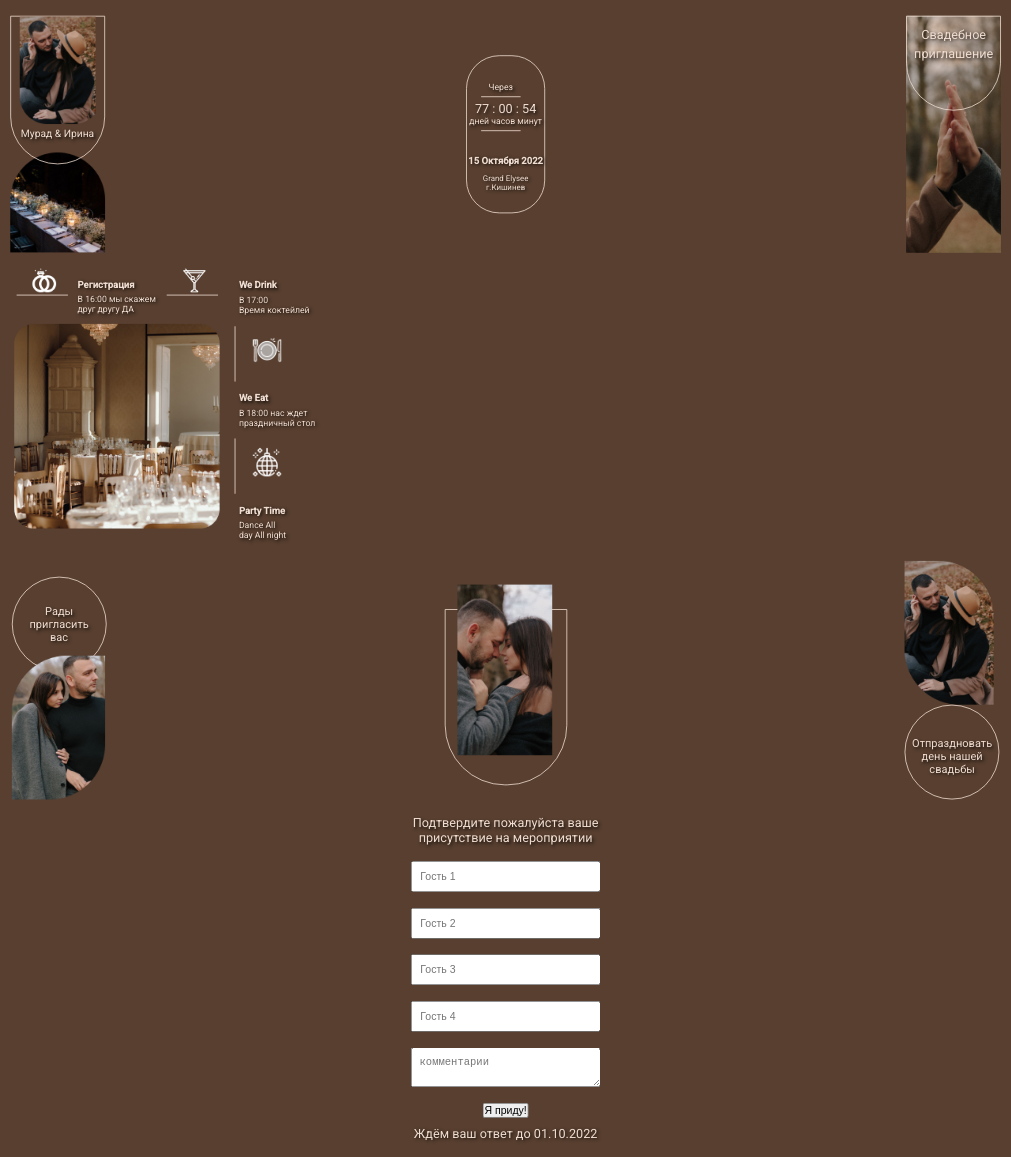
Repository: Anthony8845/wedding_invitation
Page: index.html
These files come from the project's save history. The page is drawn as it stood at one moment and after the next save; the edit follows.
The browser window is 1280 px wide. The pictures show the whole page, at 79% of full size.
Some web fonts or font styles are not loaded; a fallback is used.

Above is the page before, as saved 2022-07-30 12:46:39.

### index.html
<!DOCTYPE html>
<html lang="en">
<head>
    <meta charset="UTF-8">
    <meta http-equiv="X-UA-Compatible" content="IE=edge">
    <meta name="viewport" content="width=device-width, user-scalable=yes">
    <link rel="stylesheet" href="./style.css">
    <script defer src="./script.js"></script>
    <title>Приглашение на свадьбу</title>
</head>
<body>

    <div class="invitation">
        <div class="info">
            <div class="info_block">
                <div class="info_border">
                    <div class="info_img-u"></div>
                    <div class="info_name">Мурад & Ирина</div>
                </div>
                <div class="info_img-d"></div>
            </div>
            <div class="info_block">
                <div class="block__data">
                    <div class="container">
                        <span class="bord">Через</span>
                        <p id="timer">
                            <span id="timer-days"></span>
                            <span id="timer-hours"></span>
                            <span id="timer-mins"></span>
                            <br>
                        </p>
                        <div >
                            <span>дней</span>
                            <span>часов</span>
                            <span>минут</span>
                        </div>
                       <div class="date_border"></div>
                    </div>
                    <div class="info_date">
                        <h4>15 Октября 2022</h4>
                        <p>Grand Elysee <br>
                            г.Кишинев</p>
                    </div>
                </div>
            </div>
            <div class="info_block">
                <div class="info_invitation">Свадебное<br>приглашение</div>
                <div class="info_img-r"></div>
            </div>

        </div>
        <div class="timetable">
            <div class="timetable_block">
                <div class="block_icon">
                    <div class="icon_reg icon"></div>
                    <div class="line_icon-d"></div>
                </div>
                <div class="block_reg">
                    <h4>Регистрация</h4>
                    <p>В 16:00 мы скажем <br> друг другу ДА</p>
                </div>
                <div class="block_icon">
                    <div class="icon_drink icon"></div>
                    <div class="line_icon-d"></div>
                </div>

            </div>
            <div class="timetable_block">
                <div class="img_table"></div>
            </div>
            <div class="timetable_block">
                <div class="block_drink">
                    <h4>We Drink</h4>
                    <p>В 17:00<br> Время коктейлей</p>
                </div>
                <div class="block_icon">
                    <div class="icon_eat icon"></div>
                    <div class="line_icon-l"></div>
                </div>

                <div class="block_eat">
                    <h4>We Eat</h4>
                    <p>В 18:00 нас ждет <br> праздничный стол</p>
                </div>

                <div class="block_icon">
                    <div class="icon_party icon"></div>
                    <div class="line_icon-l"></div>
                </div>

                <div class="block_party">
                    <h4>Party Time</h4>
                    <p>Dance All<br> day All night</p>
                </div>
            </div>
        </div>
        <div class="thanks">
            <div class="thanks_one">
                <div class="one_border">Рады <br> пригласить <br> вас</div>
                <div class="one_img"></div>
            </div>
            <div class="thanks_two">
                <div class="two_img"></div>
                <div class="two_border"></div>
            </div>
            <div class="thanks_three">
                <div class="three_img"></div>
                <div class="three_border">Отпраздновать <br> день нашей <br> свадьбы</div>
            </div>
        </div>
        <div class="contain">
            <form class="form"  action="mail.php"  method="POST" >
                <h4 class="form__header">Подтвердите пожалуйста ваше присутствие на мероприятии</h4>
                <input class="form__input_item" type="text" name="Guest1" placeholder="Гость 1">
                <input class="form__input_item" type="text" name="Guest2" placeholder="Гость 2">
                <input class="form__input_item" type="text" name="Guest3" placeholder="Гость 3">
                <input class="form__input_item" type="text" name="Guest4" placeholder="Гость 4">
                <textarea class="form__comment" name="Comment" placeholder="комментарии"></textarea>
                <button class="form__btn">Я приду!</button>
            </form>
        </div>

        <div class="footer">Ждём ваш ответ до 01.10.2022</div>
    </div>
</body>
</html>

### style.css

@import url('https://fonts.googleapis.com/css2?family=Exo+2:wght@100&family=Roboto:wght@400;500&display=swap');

* {
    box-sizing: border-box;
    margin: 0;
    padding: 0;
}

body{
    color: rgb(240, 221, 209);
    font-family: 'Roboto', 'sans-serif';
    padding: 20px 0;
    background-color: rgb(88, 63, 48);
    text-shadow: 2px 2px 4px rgb(26, 19, 14)
}



.invitation {
    display: flex;
    flex-direction: column;
    margin: 0 1% 0 1%;
}
.info {
    text-align: center;
    margin-bottom: 20px;
    display: flex;
    justify-content: space-between;
    color: rgb(240, 221, 209);
    ;
}
.info_block .block__data{
    display: flex;
    justify-content: center;
    align-items: center;
   margin-top: 50px;
}
.info_border {
    width: 120px;
    position: absolute;
    border: 1px solid rgb(240, 221, 209);
    padding-bottom: 30px;
    border-radius: 0 0 60px 60px;

}
.info_img-u {
    width: 120px;
    height: 136px;
    background: url(./img/IMG_2.png) no-repeat;
    margin-left: auto;
    margin-right: auto;
    width: 6em;
    margin-bottom: 5px;


}
.info_name {
    font-size: 13px;
}
.info_img-d {
    margin-top: 173px;
    width: 120px;
    height: 127px;
    background: url(./img/Image.png) no-repeat;
}

.info_img-r {
    width: 120px;
    height: 300px;
    background: url(./img/IMG_104-300.png) no-repeat;
    background-size: cover;
}


.block__data {
    font-size: 11px;
    display: flex;
    flex-direction: column;
    /* vertical-align: middle; */
    width: 100px;
    height: 200px;
    border: 1px solid rgb(240, 221, 209);
    border-radius: 42px;
}
.container{
    font-size: 11px;
}

.container #timer{
    font-size: 16px;
    /* display: flex;
    flex-direction: row; */
}

.info_timer {

}
#timer {
    padding: 5px 0 0 0;
}

.bord {
    display: block;
    width: 50px;
    padding: 5px 0;
    margin-left: 15px;
    border-bottom: 1px solid rgb(240, 221, 209);
}

.date_border {
    width: 50px;
    margin-left: 15px;
    padding: 0 0 5px 0;
    border-bottom: 1px solid rgb(240, 221, 209);
}

.info_date {
    margin-top: 30px;
    font-size: 10px;
}
.info_date h4 {
    font-size: 12px;
    padding-bottom: 10px;
}

.info_invitation{
    width: 120px;
    height: 120px;
    position: absolute;
    border: 1px solid rgb(240, 221, 209);
    border-radius: 0 0 60px 60px;
    padding-top: 10px;
    line-height: 25px;
}

.icon {
    width: 30px;
    height: 30px;
}

.block_icon{
    padding: 0 0 0 23px;
    width: 70px;
    height: 70px;
}

.line_icon-d{
    width: 65px;
    position: relative;
    right: 20px;
    padding-top: 3px;
    border-bottom: 1px solid rgb(240, 221, 209);
}
.line_icon-l{

}

.timetable {
    margin-left: 5px;
    font-size: 11px;
    color: rgb(240, 221, 209);
    max-width: 390px;
    height: 350px;
    display: flex;
    flex-direction: column;
    flex-wrap: wrap;

}
.timetable_block {
    /* text-align: center; */
    max-width: 260px;
    display: flex;
    justify-content: space-between;
}



.timetable_block:last-child {
    margin-top: 14px;
    margin-left: 1em;
    height: 330px;
    display: flex;
    flex-direction: column;
    /* justify-content: space-between; */
}

.timetable_block:last-child .block_icon{
    border-left: 1px solid rgb(240, 221, 209);
    padding: 12px 2px 0 22px;
    /* height: 30px; */
}

.timetable_block:last-child .icon {
    width: 36px;
    height: 36px;
}

.timetable_block h4 {
    font-size: 12px;
    padding-bottom: 5px;
}

.icon_reg {

    background: url(./img/wedding-rings.png) no-repeat ;
    background-size: contain;
}
.block_reg {
   padding-top: 5%;
}
.icon_drink {

    background: url(./img/martini.png) no-repeat;
    background-size: contain;
}
.img_table {
    width: 260px;
    height: 259px;
    background: url(./img/interior.png);
}
.block_drink {
    padding-left: 5px;
}
.icon_eat {
    background: url(./img/dish.png) no-repeat;
    background-size: contain;
}
.block_eat {
    padding-left: 5px;
}
.icon_party {
    background: url(./img/mirror-ball.png);
    background-size: contain;
}
.block_party {
    padding-left: 5px;
}
.thanks{
    font-size: 14px;
    margin: 20px 2px;
    color: rgb(240, 221, 209);
    display: flex;
    flex-direction: row;
    justify-content: space-between;
}
.thanks_one {
    width: 120px;
    height: 300px;
}
.one_border {
    position: relative;
    top: 20px;
    display: flex;
    justify-content: center;
    align-items: center;
    text-align: center;
    width: 120px;
    height: 120px;

    border: 1px solid rgb(240, 221, 209);
    border-radius: 50%;
    z-index: 0;
}
.one_img {
    position: relative;
    width: 118px;
    height: 182px;
    background: url(./img/IMG1.png);
    z-index: 1;
}
.thanks_two {
    position: relative;
}
.two_border {
    position: absolute;
    left: -17px;
    bottom: 18px;
    width: 155px;
    height: 223px;
    z-index: 0;
    border: 1px solid rgb(240, 221, 209);
    border-radius: 0 0 76px 76px;
}
.two_img {
    position: relative;
    left: -1px;
    top: 30px;
    width: 120px;
    height: 216px;
    background: url(./img/IMG2.png) no-repeat;
    background-size: cover;
    z-index: 1;
}
.thanks_three {
    position: relative;
}
.three_border {
    display: flex;
    padding-top: 10px;
    justify-content: center;
    align-items: center;
    text-align: center;
    width: 120px;
    height: 120px;
    border: 1px solid rgb(240, 221, 209);
    border-radius: 50%;
}
.three_img {
    width: 113px;
    height: 182px;
    background: url(./img/IMG3.png);
}

.contain{
    display: flex;
    justify-content: center;

}

.form {
    color: rgb(240, 221, 209);
    text-align: center;
    display: flex;
    flex-direction: column;
    justify-content: center;
    width: 250px;

}

.form h4 {
    font-size: 16px;
    font-weight: normal;
    margin-bottom: 10px;
}

.form::after {
    content: '';
    position: absolute;
    top: 0;
    left: 0;
    width: 100%;
    height: 100%;
    background: #767676 url(./img/heart.gif) center /50px no-repeat;
    opacity: 0;
    visibility: hidden;
}

.form._sending::after {
    opacity: 0.8;
    visibility: visible;
}


.form__header {
    font-size: 18px;
}

.form__input_item {
    margin: 10px 5px;
    padding: 10px 10px;

}

.form__comment {
    padding: 10px 10px;
    margin: 10px 5px;
    resize: vertical;
    height: 50px;
}

.form__btn {
    margin: 0 auto;
    margin-top: 10px;
    max-width: 70px;
}

.footer {
    margin-top: 10px;
    text-align: center;
}

### script.js
var endDate = new Date("Oct 15, 2022 12:00:00").getTime();
var timer = setInterval(function() {
    let now = new Date().getTime();
    let t = endDate - now;

    if (t >= 0) {

        let days = Math.floor(t / (1000 * 60 * 60 * 24));
        let hours = Math.floor((t % (1000 * 60 * 60 * 24)) / (1000 * 60 * 60));
        let mins = Math.floor((t % (1000 * 60 * 60)) / (1000 * 60));


        document.getElementById("timer-days").innerHTML = days +
        "<span class='label'> :</span>";

        document.getElementById("timer-hours").innerHTML = ("0"+hours).slice(-2) +
        "<span class='label'> :</span>";

        document.getElementById("timer-mins").innerHTML = ("0"+mins).slice(-2) +
        "<span class='label'></span>";


    } else {
        document.getElementById("timer").innerHTML = "The countdown is over!";

    }

}, 1000);


// 'use strict'

// document.addEventListener('DOMContentLoaded', function () {
//     const form = document.querySelector('.form');

//     form.addEventListener('submit', formSend);

//     async function formSend(e) {
//         e.preventDefault();

//         let formData = new FormData(form)


//         form.classList.add('_sending')

//         let responce = await fetch('send.php', {
//             method: 'POST',
//             body: formData
//         })
//         console.log(responce)
//         if(responce.ok) {
//             let result = await responce.json();
//             console.log(result.message)
//             form.reset()
//             form.classList.remove('_sending')

//         }else{
//             alert('Error бл')
//         }
//     }
// })

After the next save:
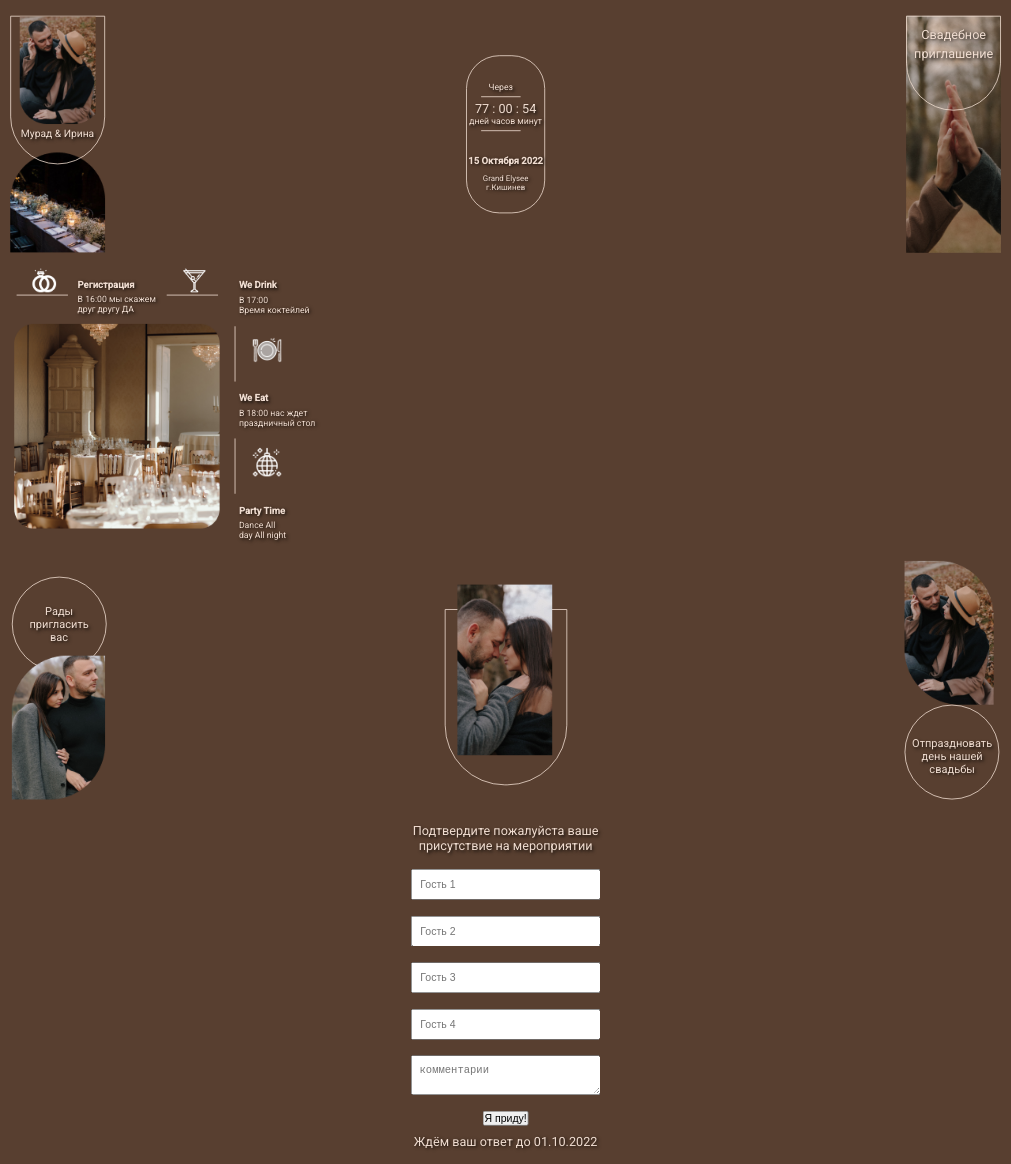
Saved 11 s later.
--- a/style.css
+++ b/style.css
@@ -331,7 +331,7 @@ body{
 .form h4 {
     font-size: 16px;
     font-weight: normal;
-    margin-bottom: 10px;
+    margin: 10px 0;
 }
 
 .form::after {
